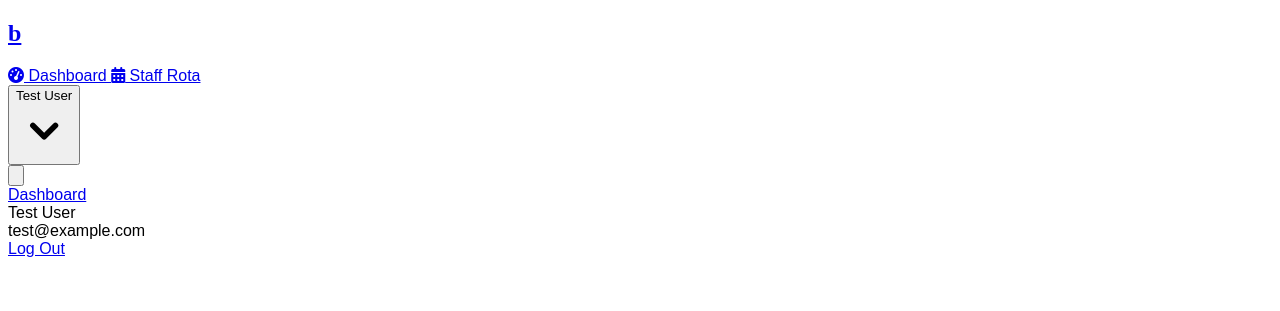
Repository: SimplyBrandon/blue-lounge
Page: http://localhost/rota
The author's editor kept a copy of each file at every save. The page is drawn from the files as they stood at one save, then again after the next save.
The browser window is 1280 px wide. The pictures show the whole page.
Some web libraries are served in a nearby version. The page is served by the project's Laravel application, run on PHP 8.4 with Laravel 8. A made-up administrator, Test User (test@example.com), is signed in. Other server files are loaded and not shown.

Above is the page before, as saved 2021-10-23 15:36:37.

### routes/web.php
<?php

use Illuminate\Support\Facades\Route;

/*
|--------------------------------------------------------------------------
| Web Routes
|--------------------------------------------------------------------------
|
| Here is where you can register web routes for your application. These
| routes are loaded by the RouteServiceProvider within a group which
| contains the "web" middleware group. Now create something great!
|
*/

Route::get('/', function () {
    return view('welcome');
})->name('welcome');

Route::get('/dashboard', function () {
    return view('dashboard');
})->middleware(['auth'])->name('dashboard');

Route::get('/rota', function(){
    return view('staff.rota');
})->middleware(['auth'])->name('rota');

require __DIR__.'/auth.php';

### resources/views/staff/rota.blade.php
@extends('layouts.app')

@section('content')
    <div class="flex flex-col max-w-7xl mx-auto mt-10 px-4 sm:px-6 lg:px-8">

    </div>

    <script>

    </script>
@endsection

### resources/views/layouts/app.blade.php
<!DOCTYPE html>
<html lang="{{ str_replace('_', '-', app()->getLocale()) }}">
    <head>
        <meta charset="utf-8">
        <meta name="viewport" content="width=device-width, initial-scale=1">
        <meta name="csrf-token" content="{{ csrf_token() }}">

        <title>{{ config('app.name', 'Laravel') }}</title>

        <!-- Fonts -->
        <link rel="stylesheet" href="https://fonts.googleapis.com/css2?family=Nunito:wght@400;600;700&display=swap">

        <!-- Styles -->
        <link rel="stylesheet" href="{{ asset('css/app.css') }}">

        <!-- Scripts -->
        <script src="{{ asset('js/app.js') }}" defer></script>
        <script type="text/javascript" src="https://cdn.jsdelivr.net/npm/chart.js@3.5.1/dist/chart.min.js"></script>
    </head>
    <body class="font-sans antialiased">
        <div class="min-h-screen bg-gray-900">
            @include('layouts.navigation')

            <!-- Page Heading -->
            <header class="bg-gray-800 shadow">
                <div class="max-w-7xl mx-auto py-6 px-4 sm:px-6 lg:px-8 tracking-wide text-white text-2xl font-semibold" style="font-family: 'Quicksand', sans-serif">
                </div>
            </header>

            <!-- Page Content -->
            <main>
                @yield('content')
            </main>
        </div>

        <script src="https://code.jquery.com/jquery-3.6.0.min.js" integrity="sha256-/xUj+3OJU5yExlq6GSYGSHk7tPXikynS7ogEvDej/m4=" crossorigin="anonymous"></script>
        <script type="text/javascript" src="{{ asset('js/parallax.min.js') }}"></script>
        <script src="https://kit.fontawesome.com/69ebd03f48.js" crossorigin="anonymous"></script>
    </body>
</html>

### resources/views/layouts/navigation.blade.php
<nav x-data="{ open: false }" class="bg-gray-800 border-b border-gray-900" style="font-family: 'Quicksand', sans-serif">
    <!-- Primary Navigation Menu -->
    <div class="max-w-7xl mx-auto px-4 sm:px-6 lg:px-8">
        <div class="flex justify-between h-16">
            <div class="flex">
                <!-- Logo -->
                <div class="flex-shrink-0 flex items-center">
                    <a href="{{ route('dashboard') }}">
                        <h2 class="font-semibold text-blue-400 text-4xl" style="font-family: 'Righteous', cursive">b</h2>
                    </a>
                </div>

                <!-- Navigation Links -->
                <div class="hidden space-x-8 sm:-my-px sm:ml-10 sm:flex">
                    <x-nav-link :href="route('dashboard')" :active="request()->routeIs('dashboard')">
                        <i class="fa fa-tachometer mr-3"></i> {{ __('Dashboard') }}
                    </x-nav-link>
                    <x-nav-link :href="route('rota')" :active="request()->routeIs('rota')">
                        <i class="fa fa-calendar mr-3"></i> {{ __('Staff Rota') }}
                    </x-nav-link>
                </div>
            </div>

            <!-- Settings Dropdown -->
            <div class="hidden sm:flex sm:items-center sm:ml-6">
                <x-dropdown align="right" width="48">
                    <x-slot name="trigger">
                        <button class="flex items-center text-sm font-medium text-white hover:text-blue-400 hover:border-gray-300 focus:outline-none focus:text-blue-300 focus:border-gray-300 transition duration-150 ease-in-out">
                            <div>{{ Auth::user()->name }}</div>

                            <div class="ml-1">
                                <svg class="fill-current h-4 w-4" xmlns="http://www.w3.org/2000/svg" viewBox="0 0 20 20">
                                    <path fill-rule="evenodd" d="M5.293 7.293a1 1 0 011.414 0L10 10.586l3.293-3.293a1 1 0 111.414 1.414l-4 4a1 1 0 01-1.414 0l-4-4a1 1 0 010-1.414z" clip-rule="evenodd" />
                                </svg>
                            </div>
                        </button>
                    </x-slot>

                    <x-slot name="content">
                        <x-dropdown-link :href="route('welcome')">{{ __('Account Settings') }}</x-dropdown-link>
                        <div class="w-full h-px bg-gray-800"></div>
                        <form method="POST" action="{{ route('logout') }}">@csrf
                            <x-dropdown-link :href="route('logout')" onclick="event.preventDefault(); this.closest('form').submit();">
                                {{ __('Log Out') }}
                            </x-dropdown-link>
                        </form>
                    </x-slot>
                </x-dropdown>
            </div>

            <!-- Hamburger -->
            <div class="-mr-2 flex items-center sm:hidden">
                <button @click="open = ! open" class="inline-flex items-center justify-center p-2 rounded-md text-gray-400 hover:text-gray-500 hover:bg-gray-100 focus:outline-none focus:bg-gray-100 focus:text-gray-500 transition duration-150 ease-in-out">
                    <svg class="h-6 w-6" stroke="currentColor" fill="none" viewBox="0 0 24 24">
                        <path :class="{'hidden': open, 'inline-flex': ! open }" class="inline-flex" stroke-linecap="round" stroke-linejoin="round" stroke-width="2" d="M4 6h16M4 12h16M4 18h16" />
                        <path :class="{'hidden': ! open, 'inline-flex': open }" class="hidden" stroke-linecap="round" stroke-linejoin="round" stroke-width="2" d="M6 18L18 6M6 6l12 12" />
                    </svg>
                </button>
            </div>
        </div>
    </div>

    <!-- Responsive Navigation Menu -->
    <div :class="{'block': open, 'hidden': ! open}" class="hidden sm:hidden">
        <div class="pt-2 pb-3 space-y-1">
            <x-responsive-nav-link :href="route('dashboard')" :active="request()->routeIs('dashboard')">
                {{ __('Dashboard') }}
            </x-responsive-nav-link>
        </div>

        <!-- Responsive Settings Options -->
        <div class="pt-4 pb-1 border-t border-gray-200">
            <div class="px-4">
                <div class="font-medium text-base text-gray-800">{{ Auth::user()->name }}</div>
                <div class="font-medium text-sm text-gray-500">{{ Auth::user()->email }}</div>
            </div>

            <div class="mt-3 space-y-1">
                <!-- Authentication -->
                <form method="POST" action="{{ route('logout') }}">
                    @csrf

                    <x-responsive-nav-link :href="route('logout')"
                            onclick="event.preventDefault();
                                        this.closest('form').submit();">
                        {{ __('Log Out') }}
                    </x-responsive-nav-link>
                </form>
            </div>
        </div>
    </div>
</nav>

### resources/views/components/nav-link.blade.php
@props(['active'])

@php $classes = ($active ?? false) ? 'inline-flex items-center px-1 pt-1 text-sm font-medium leading-5 text-white focus:outline-none transition duration-150 ease-in-out' : 'inline-flex items-center px-1 pt-1 text-sm font-medium leading-5 text-gray-400 focus:outline-none transition duration-150 ease-in-out hover:text-blue-500'; @endphp

<a {{ $attributes->merge(['class' => $classes]) }}>
    {{ $slot }}
</a>

### resources/views/components/dropdown-link.blade.php
<a {{ $attributes->merge(['class' => 'block px-4 py-2 text-sm leading-5 text-gray-500 focus:outline-none hover:text-blue-400 transition duration-150 ease-in-out']) }}>{{ $slot }}</a>

### resources/views/components/dropdown.blade.php
@props(['align' => 'right', 'width' => '48', 'contentClasses' => 'py-1 bg-white'])

@php
switch ($align) {
    case 'left':
        $alignmentClasses = 'origin-top-left left-0';
        break;
    case 'top':
        $alignmentClasses = 'origin-top';
        break;
    case 'right':
    default:
        $alignmentClasses = 'origin-top-right right-0';
        break;
}

switch ($width) {
    case '48':
        $width = 'w-48';
        break;
}
@endphp

<div class="relative shadow-md" x-data="{ open: false }" @click.away="open = false" @close.stop="open = false">
    <div @click="open = ! open">
        {{ $trigger }}
    </div>

    <div x-show="open"
            x-transition:enter="transition ease-out duration-200"
            x-transition:enter-start="transform opacity-0 scale-95"
            x-transition:enter-end="transform opacity-100 scale-100"
            x-transition:leave="transition ease-in duration-75"
            x-transition:leave-start="transform opacity-100 scale-100"
            x-transition:leave-end="transform opacity-0 scale-95"
            class="absolute z-50 mt-2 {{ $width }} rounded-md shadow-lg {{ $alignmentClasses }}"
            style="display: none;"
            @click="open = false">
        <div class="bg-gray-900 border-gray-800 rounded-md ring-1 {{ $contentClasses }}">
            {{ $content }}
        </div>
    </div>
</div>

Loaded but not shown: routes/auth.php (common file); app/Models/User.php (common file); resources/views/components/responsive-nav-link.blade.php (common file); public/js/parallax.min.js (library); public/js/app.js (library)

After the next save:
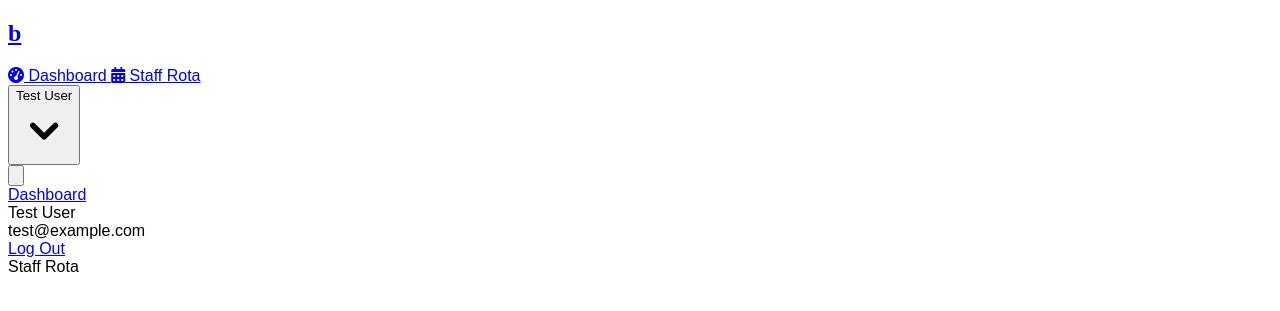
Saved 35 s later.
--- a/resources/views/layouts/app.blade.php
+++ b/resources/views/layouts/app.blade.php
@@ -24,6 +24,9 @@
             <!-- Page Heading -->
             <header class="bg-gray-800 shadow">
                 <div class="max-w-7xl mx-auto py-6 px-4 sm:px-6 lg:px-8 tracking-wide text-white text-2xl font-semibold" style="font-family: 'Quicksand', sans-serif">
+                    @if(request()->routeIs('rota'))
+                        {{ __('Staff Rota') }}
+                    @endif
                 </div>
             </header>
 
